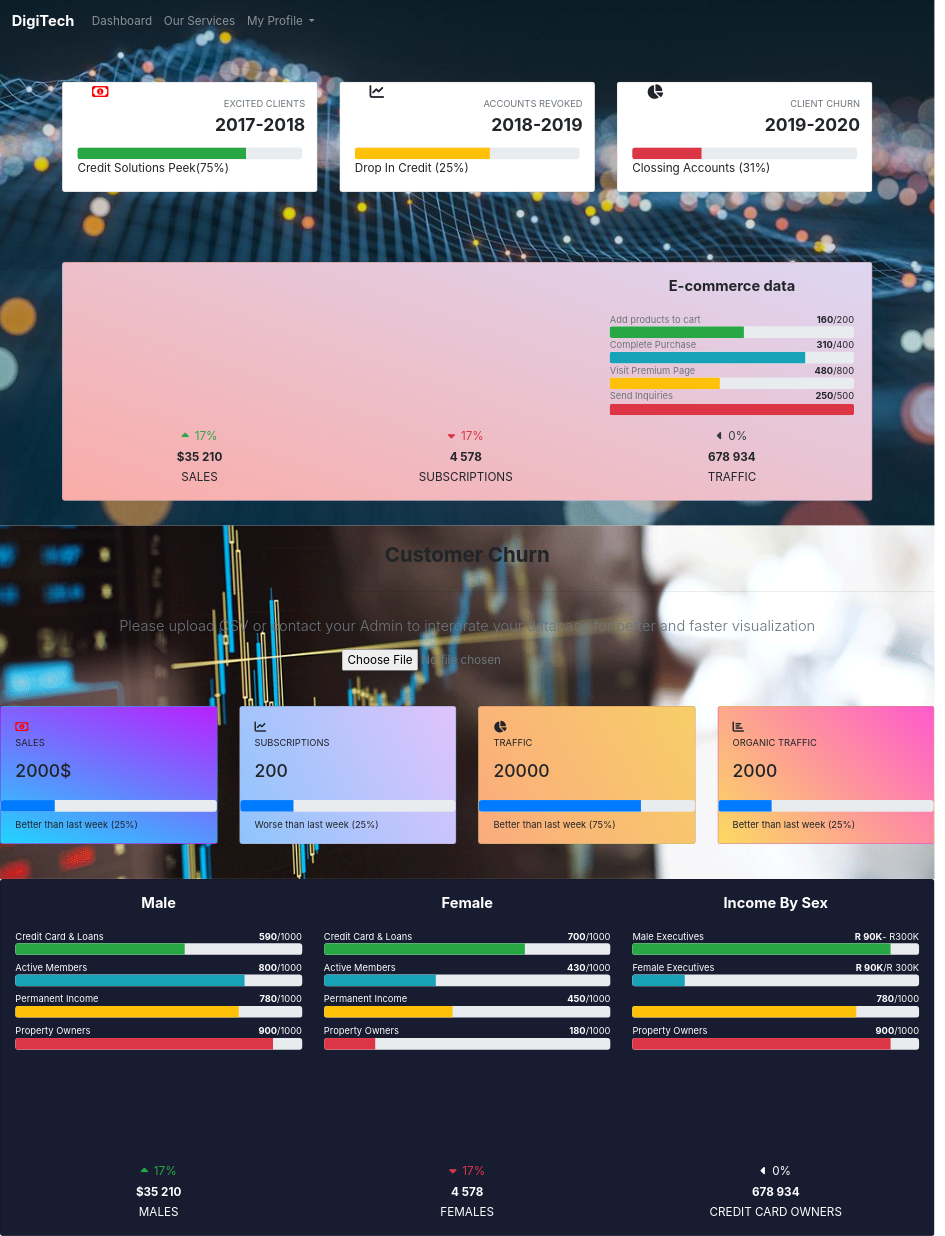
Repository: Tookliin/DigiTech
Page: /data
The author's editor kept a copy of each file at every save. The page is drawn from the files as they stood at one save, then again after the next save.
The browser window is 1280 px wide. The page is 1295 px wide, so the pictures cover 1295 px, including what lies to the right of the window. The pictures show the whole page, at 73% of full size.
The project was rebuilt for these pictures with package versions that can differ from the ones it lists, and the page was loaded fresh each time. Also part of the build but not shown: src/components/Dashboard.vue, src/components/Profile.vue, src/components/Error.vue, src/components/Register.vue.

Above is the page before, as saved 2020-07-22 10:37:11.

After the next save:
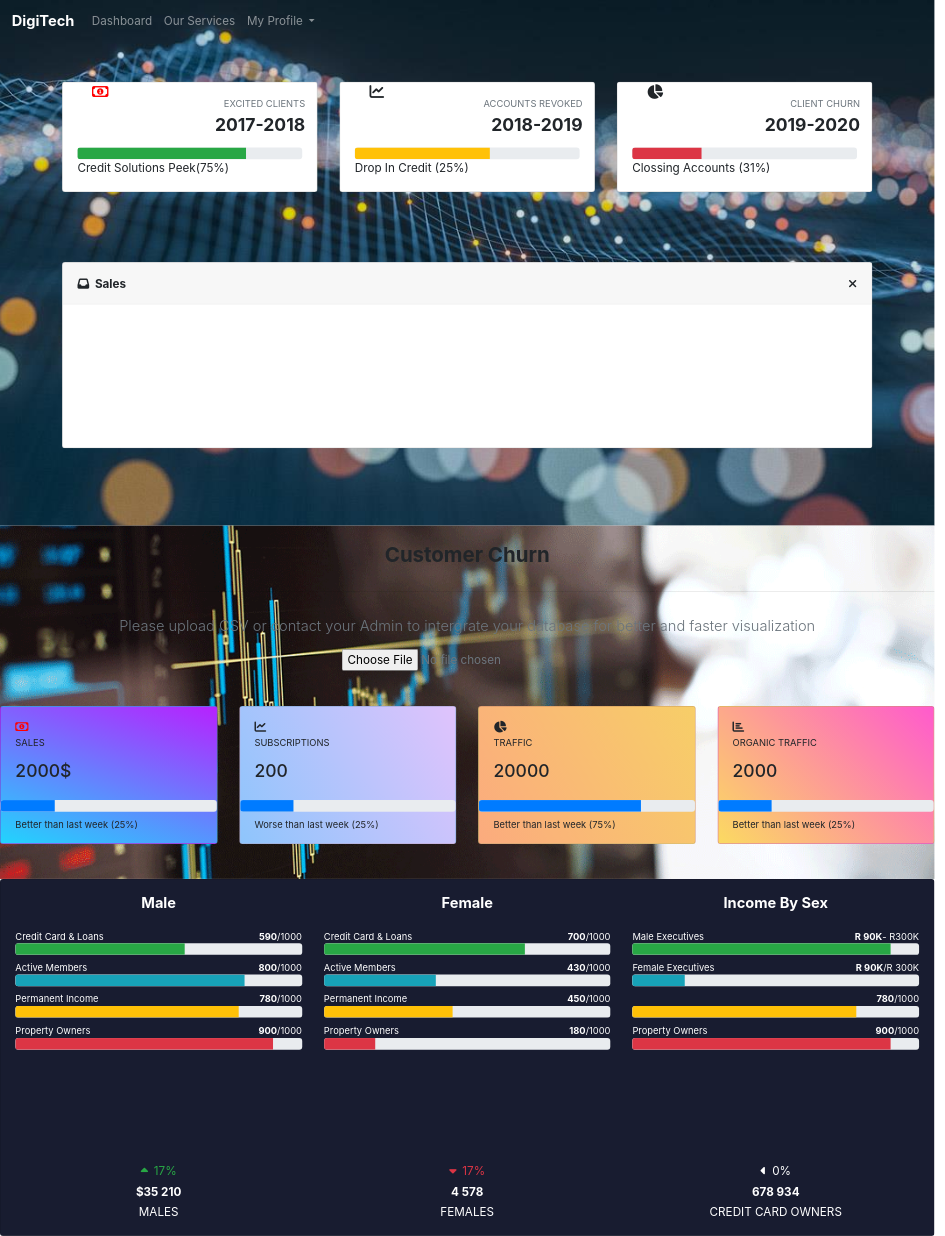
Saved 2 min 13 s later.
--- a/src/components/Organization.vue
+++ b/src/components/Organization.vue
@@ -67,7 +67,7 @@
 
 
     <!-- Client Behaviour -->
- <section>
+ <!-- <section>
       <div class=" client-card card">
         <div class="card-body mr-md-1">
           <div class="row mb-3">
@@ -129,7 +129,21 @@
           </div>
         </div>
       </div>
-    </section>
+    </section> -->
+
+      <section>
+
+    <div class="card card-list">
+      <div class="card-header white d-flex justify-content-between align-items-center py-3">
+        <p class="h5-responsive font-weight-bold mb-0"><i class="fas fa-inbox pr-2"></i>Sales</p>
+        <p class="h5-responsive font-weight-bold mb-0"><a><i class="fas fa-times"></i></a></p>
+      </div>
+      <div class="card-body">
+        <canvas id="lineChart"></canvas>
+      </div>
+    </div>
+
+  </section>
     </div>
     </div>
 
